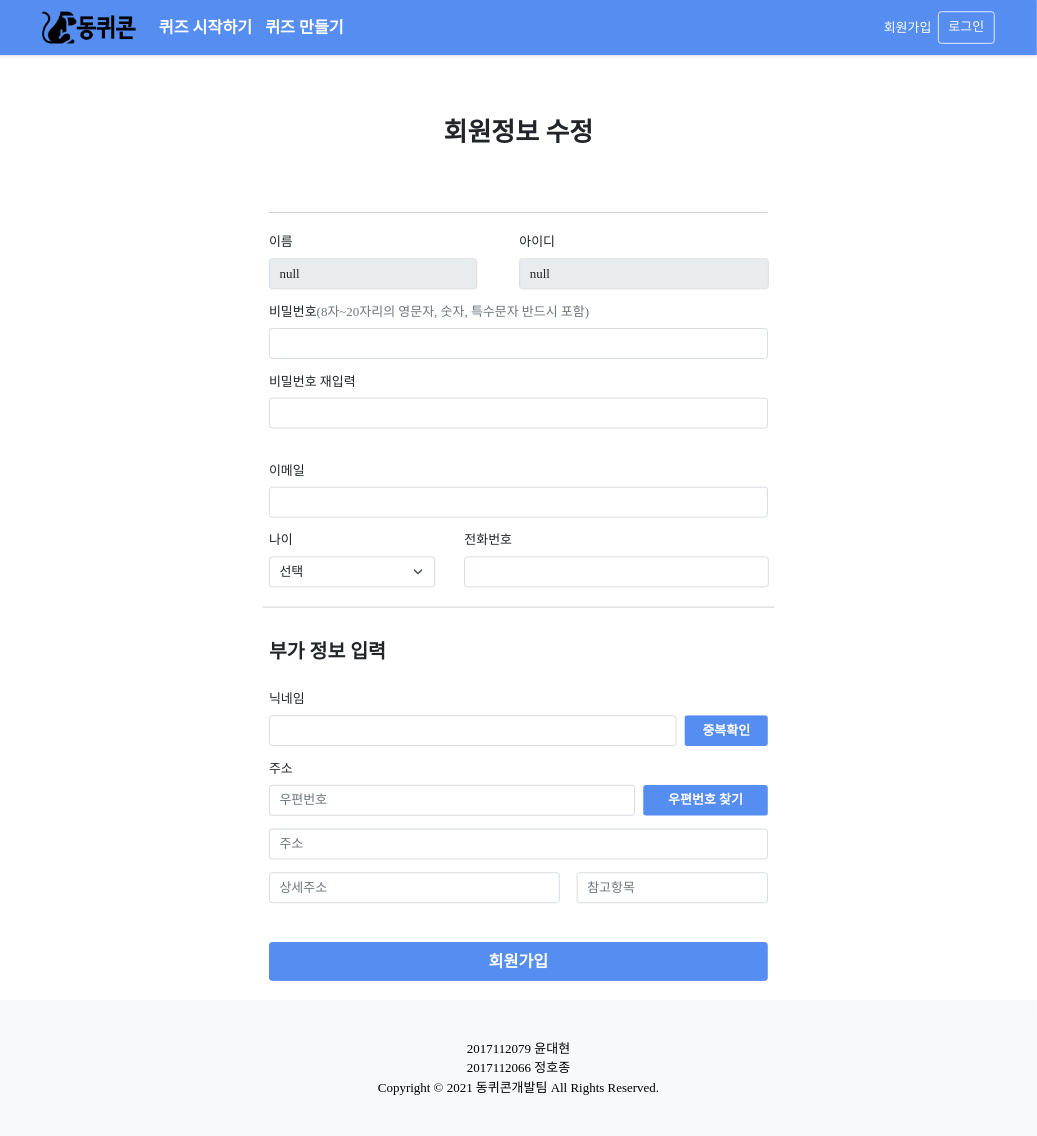
Repository: eogus0512/Quiz_WebProject
Page: http://localhost/Quiz_WebProject/myPage.jsp
The author's editor kept a copy of each file at every save. The page is drawn from the files as they stood at one save, then again after the next save.
The browser window is 1280 px wide. The pictures show the whole page, at 81% of full size.
Some web fonts or font styles are not loaded; a fallback is used. The page is served by Tomcat 9. Other server files are loaded and not shown.

Above is the page before, as saved 2021-12-12 10:35:10.

### Quiz_WebProject/WebContent/myPage.jsp
<%@ page language="java" contentType="text/html;charset=UTF-8" pageEncoding="UTF-8" %>
<!DOCTYPE html>
<html>
<head>
    <meta http-equiv="Content-Type" content="text/html"; charset="UTF-8">
    <meta name="viewport" content="width=device-width, initial-scale=1, shrink-to-fit=no">
    <title>동퀴콩</title>
    <link rel="stylesheet" href="./css/bootstrap.min.css">
    <link rel="stylesheet" href="./css/custom.css">
    <link rel="icon" href="./image/favicon.png">
    <script type="text/javascript">
        function openCheckNickName(){
            window.name = "parentForm";
            window.open("checkNickName.jsp",
                "chkForm", "width=500, height=300, resizable = no, scrollbars = no");
        }
        function checkPassword(){

            var password = document.getElementById('Password').value;
            var NB = ["0", "1", "2", "3", "4", "5", "6", "7", "8", "9"]
            var SC = ["!","@","#","$","%"];
            var check_SC = 0, check_NB = 0;

            if(password.length < 8 || password.length>20){
                window.alert('비밀번호는 8글자 이상, 20글자 이하만 이용 가능합니다.');
                document.getElementById('pw').value='';
            }
            for(var i=0;i<SC.length;i++){
                if(password.indexOf(SC[i]) != -1){
                    check_SC = 1;
                }
            }
            for(var i=0;i<NB.length;i++){
                if(password.indexOf(NB[i]) != -1){
                    check_NB = 1;
                }
            }
            if(check_SC == 0){
                window.alert('!,@,#,$,% 의 특수문자가 반드시 포함되어야 합니다.')
                document.getElementById('password').value='';
            }
            if(check_NB == 0){
                window.alert('숫자가 반드시 포함되어야 합니다.')
                document.getElementById('Password').value='';
            }
            if(document.getElementById('Password').value !='' && document.getElementById('PasswordVerify').value!=''){
                if(document.getElementById('Password').value==document.getElementById('PasswordVerify').value){
                    document.getElementById('check').innerHTML='비밀번호가 일치합니다.'
                    document.getElementById('check').style.color='blue';
                }
                else{
                    document.getElementById('check').innerHTML='비밀번호가 일치하지 않습니다.';
                    document.getElementById('check').style.color='red';
                }
            }
        }
        function checkValue() {
            if(document.userInfo.Password.value != document.userInfo.PasswordVerify.value) {
                alert("비밀번호가 일치하지 않습니다.");
                return false;
            }
            else return true;
        }
    </script>
</head>
<body>
<nav class="navbar navbar-expand-lg navbar-light fixed-top shadow-sm" style="background-color: #558DF0;">
    <div class="container-xxl d-flex align-items-md-center" style="width:1200px">
        <a class="navbar-brand" href="index.jsp"><img src="./img/mainIcon.png" class="rounded float-start" width="120"></a>
        <button class="navbar-toggler" type="button" data-bs-toggle="collapse" data-bs-target="#navbarSupportedContent" aria-controls="navbarSupportedContent" aria-expanded="false" aria-label="Toggle navigation">
            <span class="navbar-toggler-icon"></span>
        </button>
        <div class="collapse navbar-collapse" id="navbarSupportedContent">
            <ul class="navbar-nav me-auto">
                <li class="nav-item">
                    <a class="nav-link" href="#" style="font-size:15pt; color:white;"><b>퀴즈 시작하기</b></a>
                </li>
                <li class="nav-item">
                    <a class="nav-link" href="registerQuiz.jsp" style="font-size:15pt; color:white;"><b>퀴즈 만들기</b></a>
                </li>
            </ul>
            <%
                String LoginID = null;
                String UserName = null;
                if(session.getAttribute("loginID") != null) {
                    LoginID = (String) session.getAttribute("LoginID");
                    UserName = (String) session.getAttribute("UserName");
                }
                if(LoginID == null) {
            %>
            <ul class="navbar-nav">
                <a class="nav-link" aria-current="page" href="signUp.jsp" style="color:white">회원가입</a>
                <a class="btn btn-outline-primary" href="login.jsp" style="border-color: white; color: white">로그인</a>
            </ul>
            <%
            } else {
            %>
            <ul class="navbar-nav d-flex">
                <li class="nav-item dropdown">
                    <a class="nav-link dropdown-toggle" href="#" id="navbarDropdown" role="button" data-bs-toggle="dropdown" aria-expanded="false" style="color: white">
                        <%=UserName %> 님
                    </a>
                    <ul class="dropdown-menu" aria-labelledby="navbarDropdown" style="background-color: #558DF0;">
                        <li><a class="dropdown-item" href="myPage.jsp" style="color: white">마이페이지</a></li>
                        <li><a class="dropdown-item" href="#" style="color: white">1:1 문의</a></li>
                        <li><hr class="dropdown-divider" style="color: white"></li>
                        <li><a class="dropdown-item" href="logout.jsp" style="color: white">로그아웃</a></li>
                    </ul>
                </li>
            </ul>
            <%
                }
            %>
        </div>
    </div>
</nav>
<br><br><br><br>
<div class="py-5 text-center">
    <h2><b>회원정보 수정</b></h2>
</div>
<div class="container col-md-8 col-lg-6">
    <hr class="my-4">
    <form method="post" action="action/signUpAction.jsp" name="userInfo" onsubmit="return checkValue()">
        <div class="row g-3">
        	<div class="col-12 d-flex">
        		<div class="col-5" style="margin-right: 8.5%" >
                <label for="UserName" class="form-label">이름</label>
                <input type="text" class="form-control" name="UserName" id="UserName" value="<%=session.getAttribute("UserName") %>" disabled>
            </div>
				<div class="col-6">
				    <label for="LoginID" class="form-label">아이디</label>
				    <input type="id" class="form-control" name="LoginID" id="LoginID" placeholder="" style="margin-right: 10px" value="<%=session.getAttribute("LoginID") %>" disabled>
				</div>
        	</div>

            <div class="col-12">
                <label for="Password" class="form-label">비밀번호<span class="text-muted">(8자~20자리의 영문자, 숫자, 특수문자 반드시 포함)</span></label>
                <input type="password" class="form-control" name="Password" id="Password" placeholder="" onchange="checkPassword()" required>
            </div>
            <div class="col-12">
                <label for="passwordVerify" class="form-label">비밀번호 재입력</label>
                <input type="password" class="form-control" name="PasswordVerify" id="PasswordVerify" placeholder="" onchange="checkPassword()" required>
                &nbsp;<span id="check"></span>
            </div>
            <div class="col-12">
                <label for="Email" class="form-label">이메일</label>
                <input type="email" class="form-control" name="Email" id="Email" placeholder="" required>
            </div>
            <div class="col-12 d-flex">
                <div class="col-4">
                    <label for="Age" class="form-label">나이</label>
                    <select class="form-select" name="Age" id="Age" required>
                        <option selected disabled hidden>선택</option>
                        <option>14</option>
                        <option>15</option>
                        <option>16</option>
                        <option>17</option>
                        <option>18</option>
                        <option>19</option>
                        <option>20</option>
                        <option>21</option>
                        <option>22</option>
                        <option>23</option>
                        <option>24</option>
                        <option>25</option>
                        <option>26</option>
                        <option>27</option>
                        <option>28</option>
                        <option>29</option>
                        <option>30</option>
                    </select>
                </div>
                <div class="col-7">
                    <label for="Phone" class="form-label"style="margin-left:10%;">전화번호</label>
                    <input type="number" class="form-control" name="Phone" id="Phone" placeholder="" style="margin-left:10%; width:104.5%" required>
                </div>
            </div>
            <hr class="my-4">
            <h4 class="mb-3"><b>부가 정보 입력</b></h4>
            <div class="col-12">
                <label for="NickName" class="form-label">닉네임</label>
                <div class="col-12 d-flex">
                    <input type="text" class="form-control" name="NickName" id="NickName" placeholder="" style="margin-right: 10px" required>
                    <button class="col-2 btn" style="background-color: #558DF0; color:white;" onclick="openCheckNickName()"><b>중복확인</b></button>
                </div>
            </div>
            <div class="col-12">
                <label for="postCode" class="form-label">주소</label>
                <div class="col-12 d-flex">
                    <input type="text" class="form-control" name="postCode" id="postCode" placeholder="우편번호" style="margin-right: 10px" required>
                    <button class="col-3 btn" onclick="findPostalCode()" style="background-color: #558DF0; color:white"><b>우편번호 찾기</b></button>
                </div>
            </div>
            <div class="col-12">
                <input type="text" class="form-control" name="address" id="address" placeholder="주소" required>
            </div>
            <div class="col-12 d-flex">
                <div class="col-7">
                    <input type="text" class="form-control" name="detailAddress" id="detailAddress" placeholder="상세주소" required>
                </div>
                <div class="col-4">
                    <input type="text" class="form-control" name="extraAddress" id="extraAddress" placeholder="참고항목" style="margin-left:10%; width:115%">
                </div>
            </div>
            <div id="wrap" style="display:none;border:5px solid #558DF0;width:500px;height:300px;position:relative;overflow-y:hidden">
                <button type="button" class="btn-close" id="btnFoldWrap" aria-label="Close" style="cursor:pointer;position:absolute;right:0px;top:-1px;z-index:1" onclick="foldPostcode()"></button>
            </div>
            <script src="//t1.daumcdn.net/mapjsapi/bundle/postcode/prod/postcode.v2.js"></script>
            <script>
                var element_wrap = document.getElementById('wrap');

                function foldPostcode() {
                    element_wrap.style.display = 'none';
                }

                function findPostalCode() {
                    var currentScroll = Math.max(document.body.scrollTop, document.documentElement.scrollTop);
                    new daum.Postcode({
                        oncomplete: function(data) {
                            var addr = '';
                            var extraAddr = '';

                            if (data.userSelectedType === 'R') {
                                addr = data.roadAddress;
                            } else {
                                addr = data.jibunAddress;
                            }

                            if(data.userSelectedType === 'R'){
                                if(data.bname !== '' && /[동|로|가]$/g.test(data.bname)){
                                    extraAddr += data.bname;
                                }
                                if(data.buildingName !== '' && data.apartment === 'Y'){
                                    extraAddr += (extraAddr !== '' ? ', ' + data.buildingName : data.buildingName);
                                }
                                if(extraAddr !== ''){
                                    extraAddr = ' (' + extraAddr + ')';
                                }
                                document.getElementById("extraAddress").value = extraAddr;

                            } else {
                                document.getElementById("extraAddress").value = '';
                            }

                            document.getElementById('postCode').value = data.zonecode;
                            document.getElementById("address").value = addr;
                            document.getElementById("detailAddress").focus();

                            element_wrap.style.display = 'none';
                            document.body.scrollTop = currentScroll;
                        },
                        onresize : function(size) {
                            element_wrap.style.height = size.height+'px';
                        },
                        width : '100%',
                        height : '110%'
                    }).embed(element_wrap);
                    element_wrap.style.display = 'block';
                }
            </script>
        </div><br><br>
        <button class="w-100 btn btn-lg btn" type="submit" style="background-color: #558DF0; color:white"><b>회원가입</b></button><br>
    </form>
</div>

<footer class="bg-light mt-4 p-5 text-center" style="color: #000000;">
    2017112079 윤대현<br>2017112066 정호종<br>
    Copyright &copy; 2021 동퀴콘개발팀 All Rights Reserved.
</footer>
<script src="./js/jquery.min.js"></script>
<script src="./js/popper.js"></script>
<script src="./js/bootstrap.min.js"></script>
</body>
</html>

### Quiz_WebProject/WebContent/css/custom.css
@import url(https://fonts.googleapis.com/earlyaccess/nanumgothic.css);
.navbar-brand, h1, h2, h3, h4 {
    font-family: 'Nanum Gothic';
}
h5 {
    font-family: 'Nanum Gothic';
    font-size: 18px;
}
body {
    font-family: 'Nanum Gothic';
}

Loaded but not shown: Quiz_WebProject/WebContent/css/bootstrap.min.css (library); Quiz_WebProject/WebContent/js/jquery.min.js (library); Quiz_WebProject/WebContent/js/popper.js (library); Quiz_WebProject/WebContent/js/bootstrap.min.js (library)

After the next save:
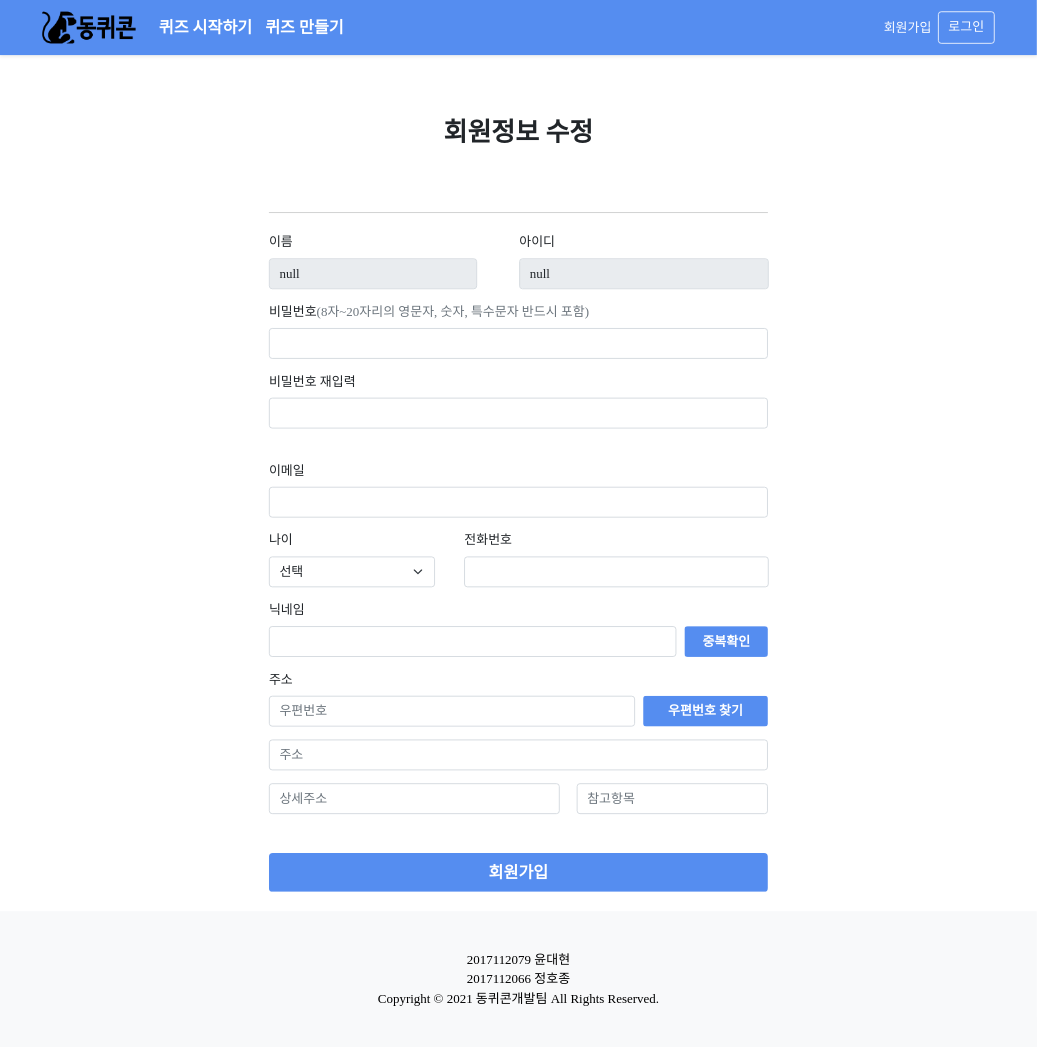
Saved 73 s later.
--- a/Quiz_WebProject/WebContent/myPage.jsp
+++ b/Quiz_WebProject/WebContent/myPage.jsp
@@ -175,8 +175,6 @@
                     <input type="number" class="form-control" name="Phone" id="Phone" placeholder="" style="margin-left:10%; width:104.5%" required>
                 </div>
             </div>
-            <hr class="my-4">
-            <h4 class="mb-3"><b>부가 정보 입력</b></h4>
             <div class="col-12">
                 <label for="NickName" class="form-label">닉네임</label>
                 <div class="col-12 d-flex">
